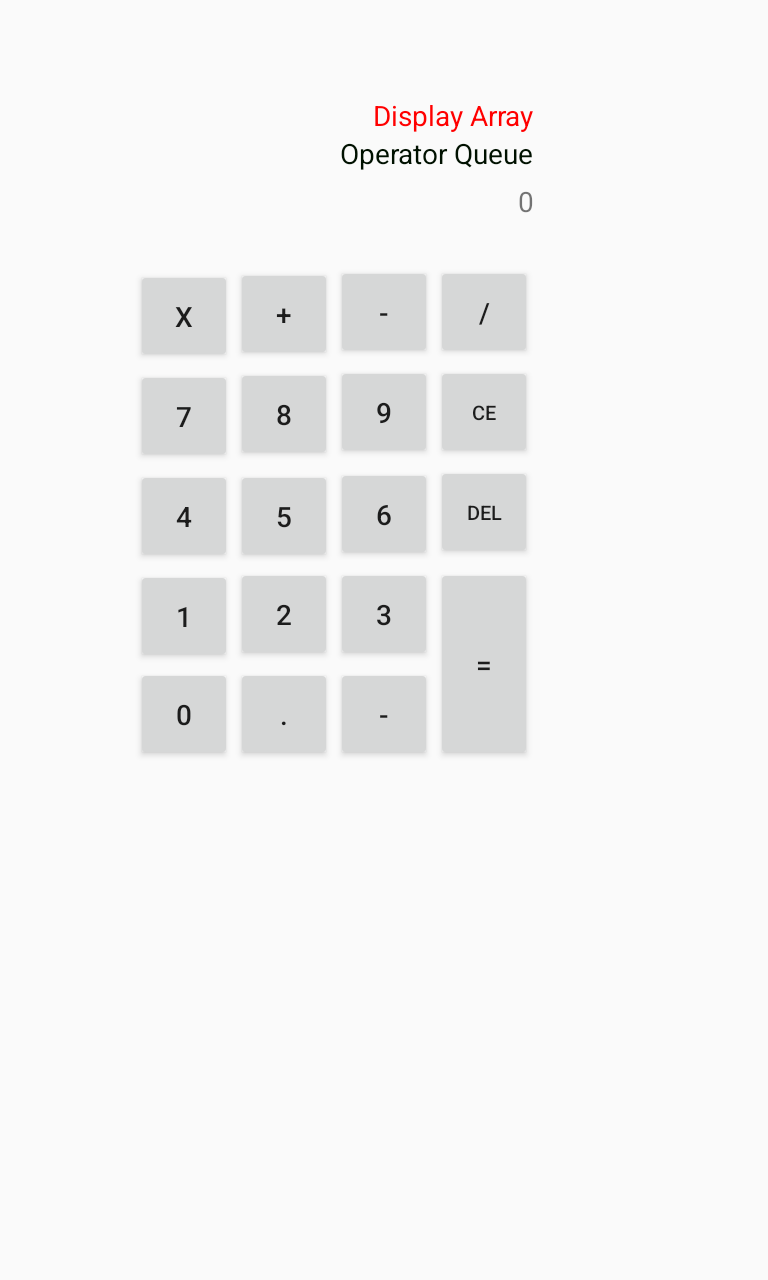
Repository: expensivecow/Calculator
Layout: Calculator_Implementation/res/layout/activity_main.xml
The author's editor kept a copy of each file at every save. The layout is drawn from the files as they stood at one save, then again after the next save.
It is drawn on a 768 x 1280 px phone screen (xhdpi) without system bars, with theme AppTheme; the app's code is not run.

Above is the layout before, as saved 2014-10-08 19:04:38.

### Calculator_Implementation/res/layout/activity_main.xml
<RelativeLayout xmlns:android="http://schemas.android.com/apk/res/android"
    xmlns:tools="http://schemas.android.com/tools"
    android:layout_width="match_parent"
    android:layout_height="match_parent"
    android:paddingBottom="@dimen/activity_vertical_margin"
    android:paddingLeft="@dimen/activity_horizontal_margin"
    android:paddingRight="@dimen/activity_horizontal_margin"
    android:paddingTop="@dimen/activity_vertical_margin"
    tools:context="com.example.calculator_implementation.MainActivity" >

    <TextView
        android:id="@+id/DisplayResult"
        android:layout_alignParentTop="true"
        android:layout_alignRight="@+id/bDiv"
        android:layout_marginTop="75dp"
        android:layout_width="wrap_content"
        android:layout_height="wrap_content"
        android:text="@string/initialvalue" />

    <Button
        android:id="@+id/bDiv"
        android:layout_width="50dp"
        android:layout_height="50dp"
        android:layout_alignTop="@+id/bSub"
        android:layout_toRightOf="@+id/bSub"
        android:text="@string/divoperator"
        />

    <Button
        android:id="@+id/bAdd"
        android:layout_width="50dp"
        android:layout_height="50dp"
        android:layout_alignBaseline="@+id/bSub"
        android:layout_alignBottom="@+id/bSub"
        android:layout_toLeftOf="@+id/bSub"
        android:text="@string/addoperator"
        />

    <Button
        android:id="@+id/bSub"
        android:layout_width="50dp"
        android:layout_height="50dp"
        android:layout_below="@+id/DisplayResult"
        android:layout_centerHorizontal="true"
        android:layout_marginTop="21dp"
        android:text="@string/suboperator"
        />

    <Button
        android:id="@+id/bMul"
        android:layout_width="50dp"
        android:layout_height="50dp"
        android:layout_alignBaseline="@+id/bAdd"
        android:layout_alignBottom="@+id/bAdd"
        android:layout_toLeftOf="@+id/bAdd"
        android:text="@string/muloperator" />

    <Button
        android:id="@+id/bEight"
        android:layout_width="50dp"
        android:layout_height="50dp"
        android:layout_below="@+id/bAdd"
        android:layout_toLeftOf="@+id/bSub"
        android:text="@string/eight" />

    <Button
        android:id="@+id/bNine"
        android:layout_width="50dp"
        android:layout_height="50dp"
        android:layout_below="@+id/bDiv"
        android:layout_toLeftOf="@+id/bDiv"
        android:text="@string/nine" />

    <Button
        android:id="@+id/bSeven"
        android:layout_width="50dp"
        android:layout_height="50dp"
        android:layout_alignLeft="@+id/bMul"
        android:layout_below="@+id/bMul"
        android:text="@string/seven" />

    <Button
        android:id="@+id/bSix"
        android:layout_width="50dp"
        android:layout_height="50dp"
        android:layout_below="@+id/bEight"
        android:layout_toRightOf="@+id/bEight"
        android:text="@string/six" />

    <Button
        android:id="@+id/bFive"
        android:layout_width="50dp"
        android:layout_height="50dp"
        android:layout_alignBaseline="@+id/bSix"
        android:layout_alignBottom="@+id/bSix"
        android:layout_toRightOf="@+id/bSeven"
        android:text="@string/five" />

    <Button
        android:id="@+id/bFour"
        android:layout_width="50dp"
        android:layout_height="50dp"
        android:layout_alignLeft="@+id/bSeven"
        android:layout_below="@+id/bSeven"
        android:text="@string/four" />

    <Button
        android:id="@+id/bTwo"
        android:layout_width="50dp"
        android:layout_height="50dp"
        android:layout_below="@+id/bSix"
        android:layout_toLeftOf="@+id/bSix"
        android:text="@string/two" />

    <Button
        android:id="@+id/bZero"
        android:layout_width="50dp"
        android:layout_height="50dp"
        android:layout_alignLeft="@+id/bFour"
        android:layout_below="@+id/bTwo"
        android:layout_toLeftOf="@+id/bTwo"
        android:text="@string/zero" />

    <Button
        android:id="@+id/bThree"
        android:layout_width="50dp"
        android:layout_height="50dp"
        android:layout_above="@+id/bZero"
        android:layout_toLeftOf="@+id/bDiv"
        android:text="@string/three" />

    <Button
        android:id="@+id/bOne"
        android:layout_width="50dp"
        android:layout_height="50dp"
        android:layout_below="@+id/bFive"
        android:layout_toLeftOf="@+id/bFive"
        android:text="@string/one" />

    <Button
        android:id="@+id/bEqual"
        android:layout_width="50dp"
        android:layout_height="50dp"
        android:layout_alignBottom="@+id/bDecimal"
        android:layout_alignLeft="@+id/bDiv"
        android:layout_below="@+id/bSix"
        android:text="@string/equaloperator" />

    <TextView
        android:id="@+id/DisplayArray"
        android:layout_width="wrap_content"
        android:layout_height="wrap_content"
        android:layout_alignParentTop="true"
        android:layout_alignRight="@+id/DisplayResult"
        android:layout_marginTop="32dp"
        android:text="@string/DisplayArray"
        android:textColor="#FF0000" />

    <Button
        android:id="@+id/bDecimal"
        android:layout_width="50dp"
        android:layout_height="50dp"
        android:layout_below="@+id/bTwo"
        android:layout_toLeftOf="@+id/bThree"
        android:text="@string/decimal" />

    <Button
        android:id="@+id/bNegative"
        android:layout_width="50dp"
        android:layout_height="50dp"
        android:layout_below="@+id/bThree"
        android:layout_toLeftOf="@+id/bEqual"
        android:text="@string/negative" />

    <Button
        android:id="@+id/bClear"
        android:textSize="10dp"
        android:layout_width="50dp"
        android:layout_height="50dp"
        android:layout_alignLeft="@+id/bDiv"
        android:layout_below="@+id/bDiv"
        android:text="@string/clearoperator" />

    <Button
        android:id="@+id/bDel"
        android:textSize="10dp"
        android:layout_width="50dp"
        android:layout_height="50dp"
        android:layout_alignLeft="@+id/bClear"
        android:layout_below="@+id/bClear"
        android:text="@string/deleteoperator" />

    <TextView
        android:id="@+id/DisplayOperators"
        android:layout_width="wrap_content"
        android:layout_height="wrap_content"
        android:layout_alignRight="@+id/DisplayResult"
        android:layout_below="@+id/DisplayArray"
        android:textColor="#001100"
        android:text="@string/Operators" />

</RelativeLayout>

### Calculator_Implementation/res/values/strings.xml
<?xml version="1.0" encoding="utf-8"?>
<resources>

    <string name="app_name">Calculator_Implementation</string>
    <string name="hello_world">Hello world!</string>
    <string name="action_settings">Settings</string>
    <string name="addoperator">+</string>
    <string name="suboperator">-</string>
    <string name="muloperator">x</string>
    <string name="divoperator">/</string>
    <string name="initialvalue">0</string>
    <string name="one">1</string>
    <string name="two">2</string>
    <string name="three">3</string>
    <string name="four">4</string>
    <string name="five">5</string>
    <string name="six">6</string>
    <string name="seven">7</string>
    <string name="eight">8</string>
    <string name="nine">9</string>
    <string name="Operators">Operator Queue</string>
    <string name="decimal">.</string><string name="zero">0</string>

    <string name="negative">-</string>
    <string name="equaloperator">=</string>
    <string name="deleteoperator">DEL</string>
    <string name="clearoperator">CE</string>
    <string name="DisplayArray">Display Array</string>

</resources>

Loaded but not shown: Calculator_Implementation/res/values/styles.xml (common file); Calculator_Implementation/res/values-v11/styles.xml (common file); Calculator_Implementation/res/values-v14/styles.xml (common file); Calculator_Implementation/res/values/dimens.xml (common file); Calculator_Implementation/res/values-w820dp/dimens.xml (common file)

After the next save:
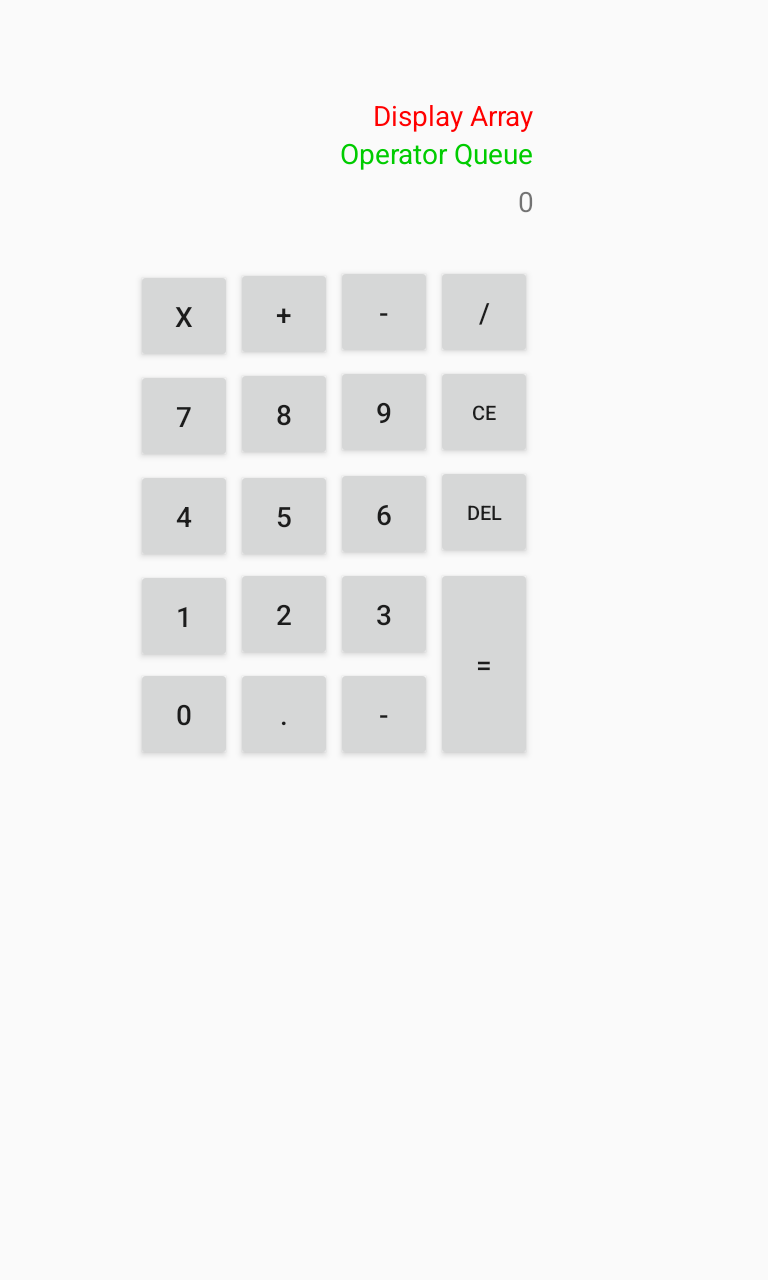
Saved 7 s later.
--- a/Calculator_Implementation/res/layout/activity_main.xml
+++ b/Calculator_Implementation/res/layout/activity_main.xml
@@ -196,7 +196,7 @@
         android:layout_height="wrap_content"
         android:layout_alignRight="@+id/DisplayResult"
         android:layout_below="@+id/DisplayArray"
-        android:textColor="#001100"
+        android:textColor="#00CC00"
         android:text="@string/Operators" />
 
 </RelativeLayout>
